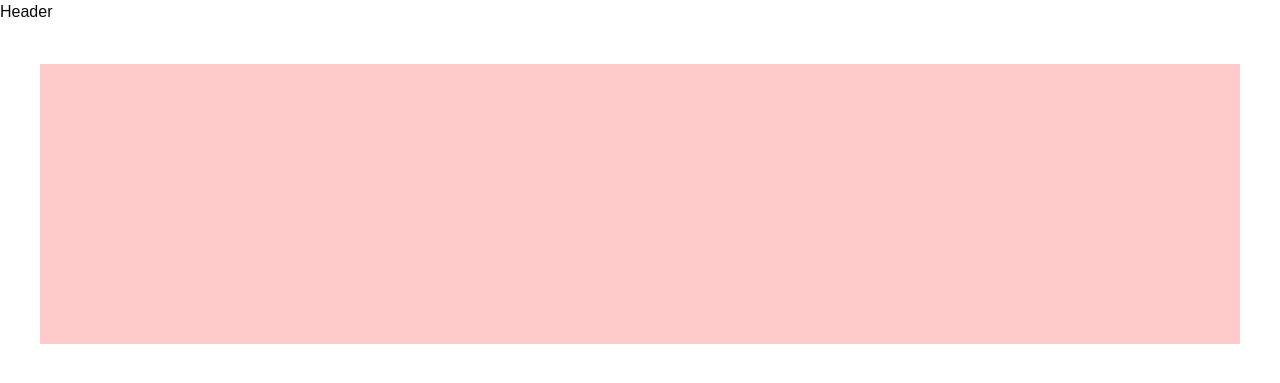
Repository: vespersolutionspk18/integrast-website
Page: /
These files come from the project's save history. The page is drawn as it stood at one moment and after the next save; the edit follows.
The browser window is 1280 px wide. The pictures show the whole page.
The project was rebuilt for these pictures with package versions that can differ from the ones it lists, and the page was loaded fresh each time. The framework's server and built-in components were replaced by stand-ins that run in the browser. Also part of the build but not shown: next.config.ts.

Above is the page before, as saved 2024-12-09 14:41:47.

After the next save:
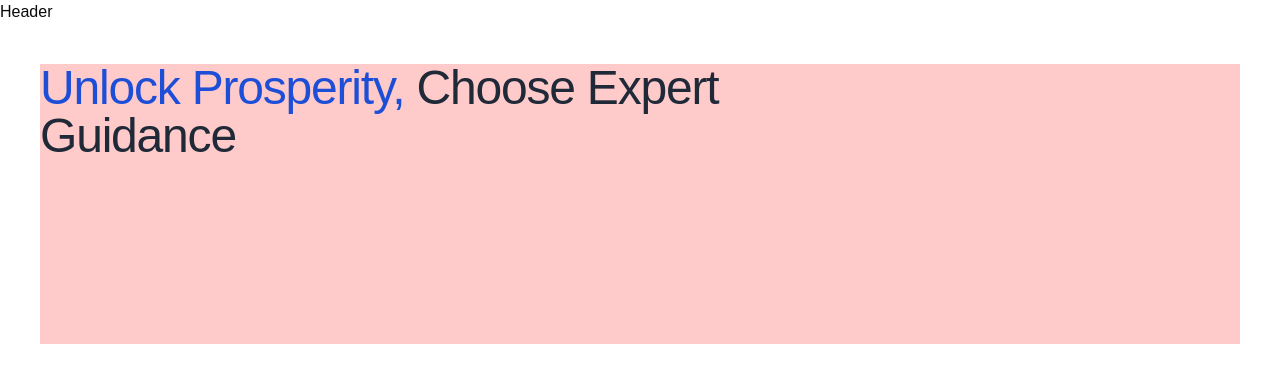
Saved 107 s later.
--- a/app/Hero.tsx
+++ b/app/Hero.tsx
@@ -3,7 +3,11 @@ import React from 'react'
 const Hero = () => {
   return (
     <div className="flex flex-col p-10 ">
-        <div className="flex flex-row h-[280px] bg-red-200"></div>
+        <div className="flex flex-row h-[280px] bg-red-200">
+            <div className="w-[60%] flex flex-col">
+                <h1 className="font-light text-5xl text-blue-700 tracking-tight">Unlock Prosperity, <span className="text-gray-800">Choose Expert Guidance</span></h1>
+            </div>
+        </div>
     </div>
   )
 }
